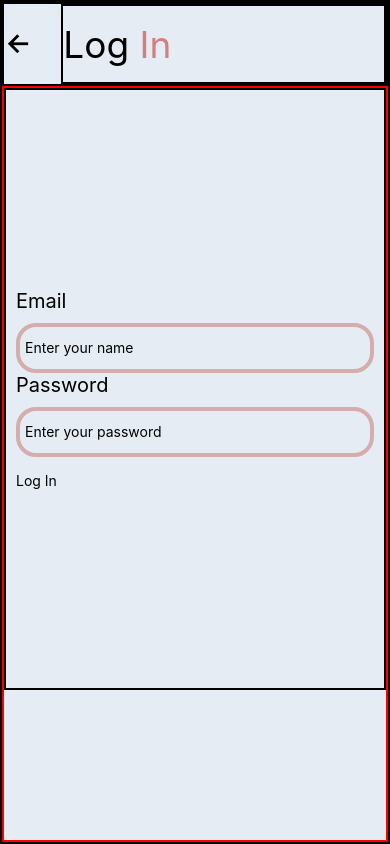
Repository: kgayathridevi/pregband
Screen: /Log
The author's editor kept a copy of each file at every save. The screen is drawn from the files as they stood at one save, then again after the next save.
The app was drawn by React Native's web renderer in a window 390 px wide. The project was rebuilt for these pictures with package versions that can differ from the ones it lists, and the page was loaded fresh each time. Also part of the build but not shown: component/SignUpScreen.jsx, component/Home.jsx.

Above is the screen before, as saved 2023-04-28 15:12:34.

After the next save:
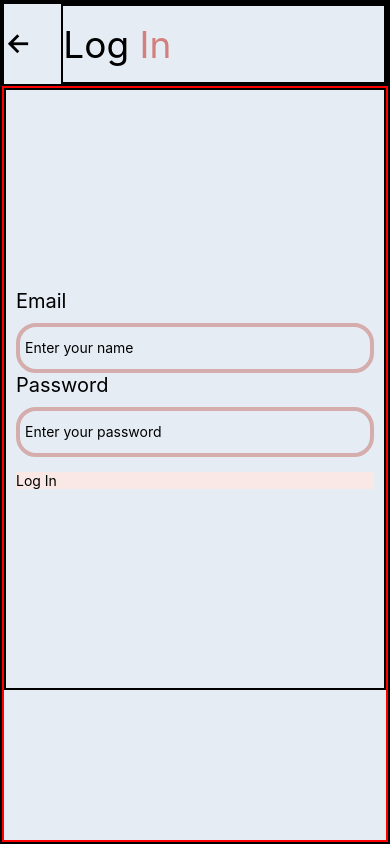
Saved 20 s later.
--- a/component/LogInScreen.jsx
+++ b/component/LogInScreen.jsx
@@ -93,5 +93,7 @@ const styles = StyleSheet.create({
     paddingHorizontal: 5,
     marginTop: 10,
   },
-  logBtn: {},
+  logBtn: {
+    backgroundColor: "#F9E8E6",
+  },
 });
